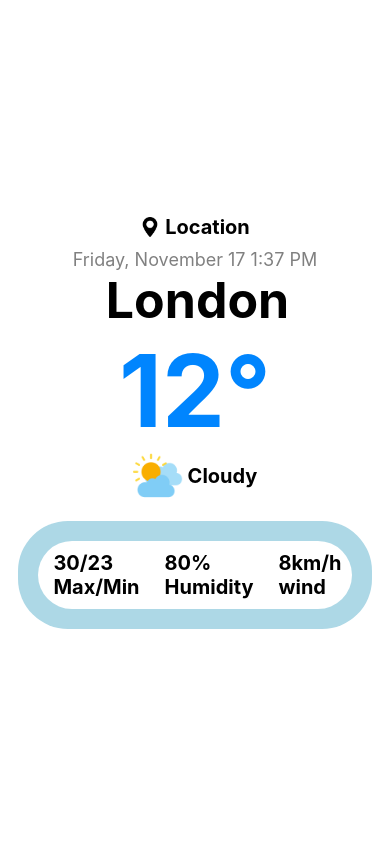
Repository: praveen080/react-native-weatherAppV1
Screen: /
An editor plug-in stored every save of this project. The screen is shown before and after the next save, followed by the edit.
The app was drawn by React Native's web renderer in a window 390 px wide. The project was rebuilt for these pictures with package versions that can differ from the ones it lists, and the page was loaded fresh each time. Also part of the build but not shown: Screens/startUp.js.

Above is the screen before, as saved 2023-11-17 14:18:31.

### App.js
import { StatusBar } from "expo-status-bar";
import { StyleSheet, Text, View } from "react-native";
import StartPage from "./Screens/startUp";
import Home from "./Screens/Home";

export default function App() {
  return (
    <View style={styles.container}>
      {/* <StartPage /> */}
      <Home />
    </View>
  );
}

const styles = StyleSheet.create({
  container: {
    flex: 1,
    backgroundColor: "#ff f",
    alignItems: "center",
    justifyContent: "center",
  },
});

### Screens/Home.js
import React from "react";
import { View, Text, Image, TouchableOpacity, StyleSheet } from "react-native";

const Home = () => {
  const currentDate = new Date();

  // Format the date and time
  const formattedDate = currentDate.toLocaleDateString("en-US", {
    weekday: "long",
    day: "numeric",
    month: "long",
  });

  const formattedTime = currentDate.toLocaleTimeString("en-US", {
    hour: "numeric",
    minute: "numeric",
    hour12: true,
  });
  return (
    <View style={styles.container}>
      {/* Location Text with Icon */}
      <TouchableOpacity style={styles.locationContainer}>
        <Image source={require("./assets/location.png")} style={styles.icon} />
        <Text style={styles.locationText}>Location</Text>
      </TouchableOpacity>

      {/* Current Time and Date */}
      <Text style={styles.dateTimeText}>
        {formattedDate} {formattedTime}
      </Text>
      <Text style={styles.location}>London</Text>

      {/* Numbers */}
      <View style={styles.numbersContainer}>
        <Text style={styles.number}>12°</Text>
      </View>

      <View style={styles.locationContainer}>
        <Image
          source={require("./assets/cloudy-day.png")}
          style={styles.iconS}
        />
        <Text style={styles.locationText}>Cloudy</Text>
      </View>
      <View style={styles.cardFull}>
        <View style={styles.locationContainer1}>
          <View style={styles.card}>
            <Text style={styles.locationText}>30/23</Text>
            <Text style={styles.locationText}>Max/Min</Text>
          </View>
          <View style={styles.card}>
            <Text style={styles.locationText}>80%</Text>
            <Text style={styles.locationText}>Humidity</Text>
          </View>
          <View style={styles.card}>
            <Text style={styles.locationText}>8km/h</Text>
            <Text style={styles.locationText}>wind</Text>
          </View>
        </View>
      </View>
    </View>
  );
};

export default Home;

export const styles = StyleSheet.create({
  container: {
    flex: 1,
    alignItems: "center",
    justifyContent: "center",
  },
  locationContainer: {
    flexDirection: "row",
    alignItems: "center",
  },
  locationContainer1: {
    flexDirection: "row",
    alignItems: "center",
    backgroundColor: "white",
    borderRadius: 50,
    margin: 20,
  },
  locationText: {
    fontSize: 20,
    marginLeft: 5,
    fontWeight: "bold",
  },
  location: {
    fontSize: 50,
    marginLeft: 5,
    fontWeight: "bold",
  },
  icon: {
    width: 20,
    height: 20,
  },
  iconS: {
    width: 50,
    height: 50,
  },
  dateTimeText: {
    fontSize: 18,
    marginTop: 10,
    color: "grey",
  },
  numbersContainer: {
    flexDirection: "row",
    alignItems: "center",
    // marginTop: 20,
  },
  number: {
    fontSize: 100,
    // marginRight: 10,
    fontWeight: "bold",
    color: "#0085FE",
  },
  logo: {
    width: 100,
    height: 100,
    marginTop: 20,
  },
  card: {
    margin: 10,
  },
  cardFull: {
    borderRadius: 50,
    backgroundColor: "lightblue",
    marginTop: 20,
  },
});

// // Weather.js

// import React, { useState } from "react";
// import { View, Text, TextInput, Button, StyleSheet } from "react-native";
// import axios from "axios";

// const Home = () => {
//   const [city, setCity] = useState("");
//   const [weatherData, setWeatherData] = useState(null);
//   const [error, setError] = useState("");

//   const apiKey = "2891236865fb81dd11cf0be56216e1cb";

//   const fetchWeatherData = async () => {
//     try {
//       const response = await axios.get(
//         `https://api.openweathermap.org/data/2.5/weather?q=${city}&appid=${apiKey}&units=metric`
//       );
//       setWeatherData(response.data);
//       setError("");
//     } catch (error) {
//       setWeatherData(null);
//       setError("City not found. Please try again.");
//     }
//   };

//   return (
//     <View style={styles.container}>
//       <Text style={styles.title}>Weather App</Text>
//       <TextInput
//         style={styles.input}
//         placeholder="Enter city"
//         value={city}
//         onChangeText={(text) => setCity(text)}
//       />
//       <Button title="Get Weather" onPress={fetchWeatherData} />
//       {weatherData && (
//         <View>
//           <Text>{`City: ${weatherData.name}`}</Text>
//           <Text>{`Temperature: ${weatherData.main.temp}°C`}</Text>
//           {/* Add more weather details as needed */}
//         </View>
//       )}
//       {error !== "" && <Text style={styles.error}>{error}</Text>}
//     </View>
//   );
// };

// const styles = StyleSheet.create({
//   container: {
//     flex: 1,
//     justifyContent: "center",
//     alignItems: "center",
//   },
//   title: {
//     fontSize: 20,
//     fontWeight: "bold",
//     marginBottom: 10,
//   },
//   input: {
//     height: 40,
//     borderColor: "gray",
//     borderWidth: 1,
//     marginBottom: 10,
//     padding: 10,
//     width: 200,
//   },
//   error: {
//     color: "red",
//     marginTop: 10,
//   },
// });

// export default Home;

After the next save:
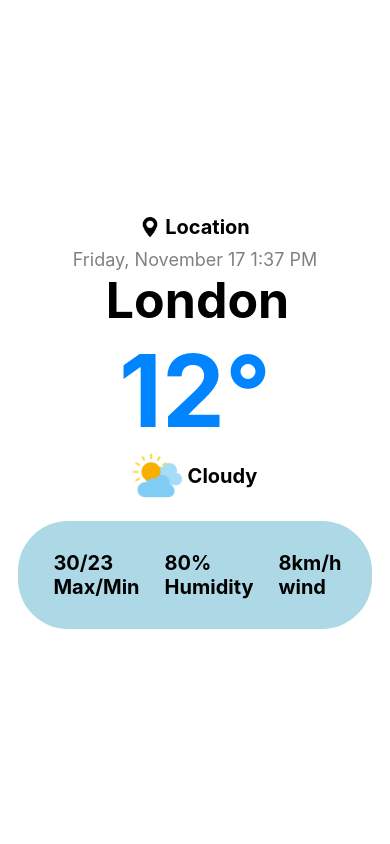
Saved 11 s later.
--- a/Screens/Home.js
+++ b/Screens/Home.js
@@ -77,7 +77,7 @@ export const styles = StyleSheet.create({
   locationContainer1: {
     flexDirection: "row",
     alignItems: "center",
-    backgroundColor: "white",
+    // backgroundColor: "white",
     borderRadius: 50,
     margin: 20,
   },
